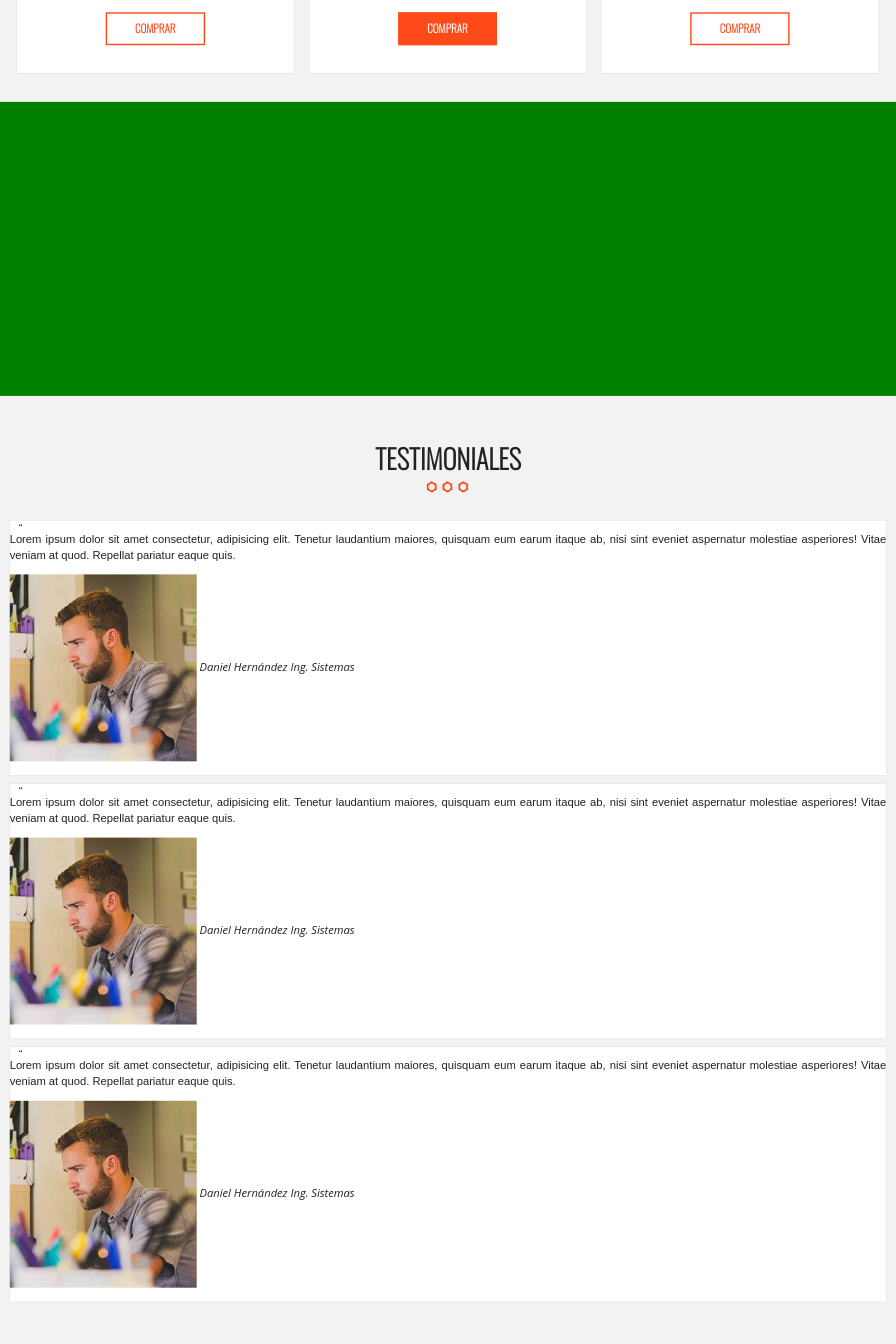
Repository: edgarhdzp/pagina-conferencias-reservaciones
Page: index.html
An editor plug-in stored every save of this project. The page is shown before and after the next save, followed by the edit.
The browser window is 1280 px wide. The pictures show the part of the page from y = 3892 to 5812 px (the page is 5812 px tall), at 70% of full size.

Above is the page before, as saved 2020-07-01 19:10:18.

After the next save:
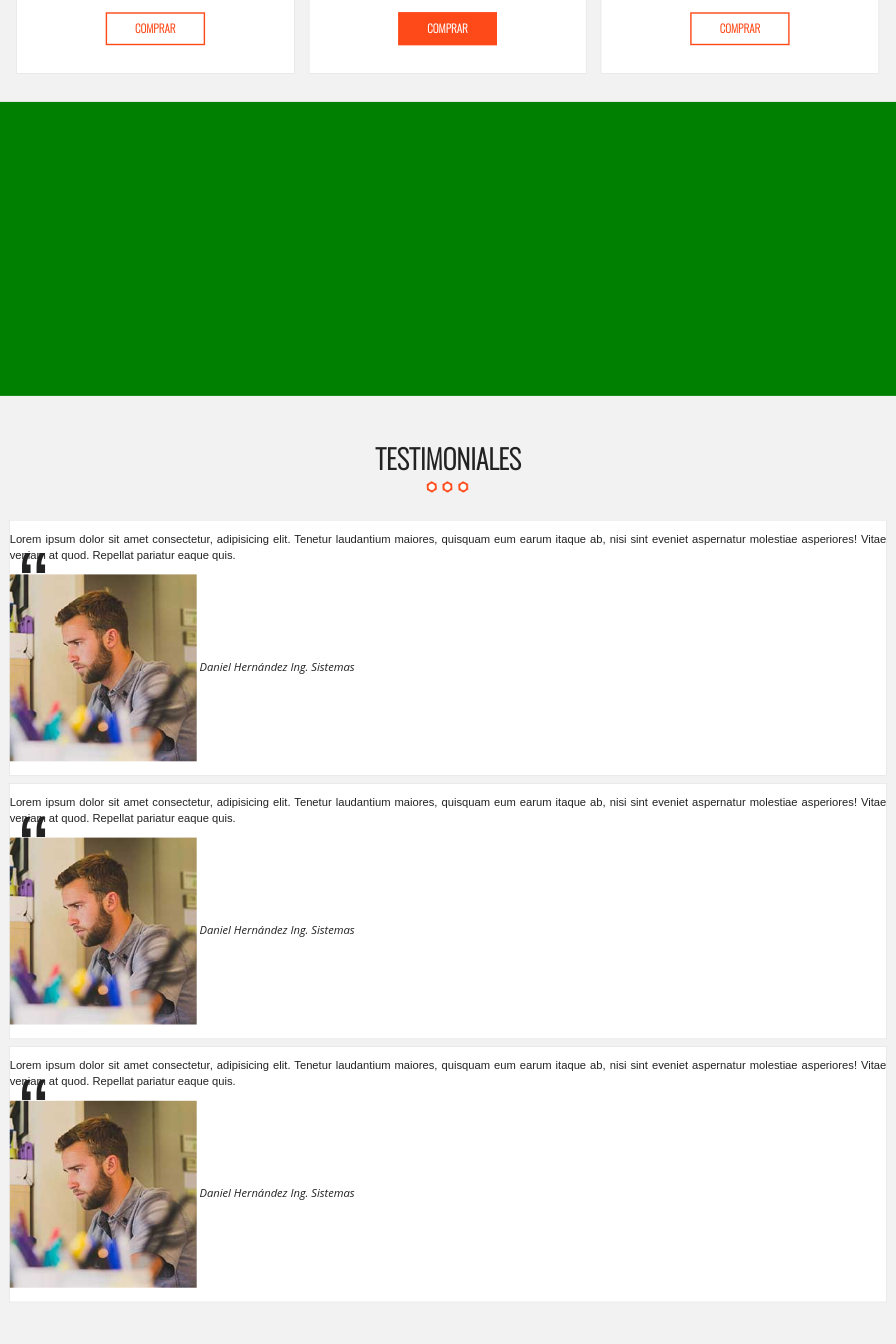
Saved 7 s later.
--- a/css/main.css
+++ b/css/main.css
@@ -676,7 +676,7 @@ blockquote p::before {
     position: absolute;
     left: 13px;
     top: 0px;
-    font-size: ;
+    font-size: 8rem;
 }
 
 
